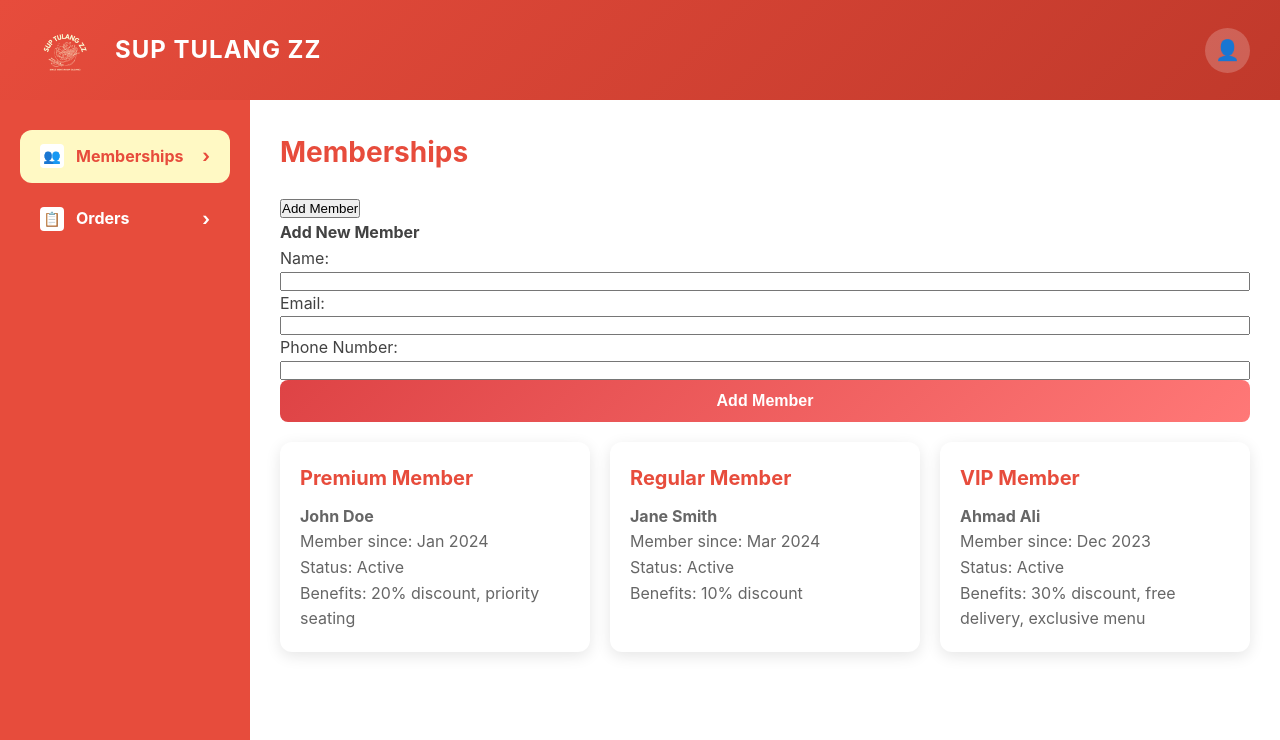
Repository: YIsheng2002/web-frontend
Page: view/Staff/dashboardstaff.html
An editor plug-in stored every save of this project. The page is shown before and after the next save, followed by the edit.
The browser window is 1280 px wide. The pictures show the whole page.

Above is the page before, as saved 2025-06-12 15:39:56.

After the next save:
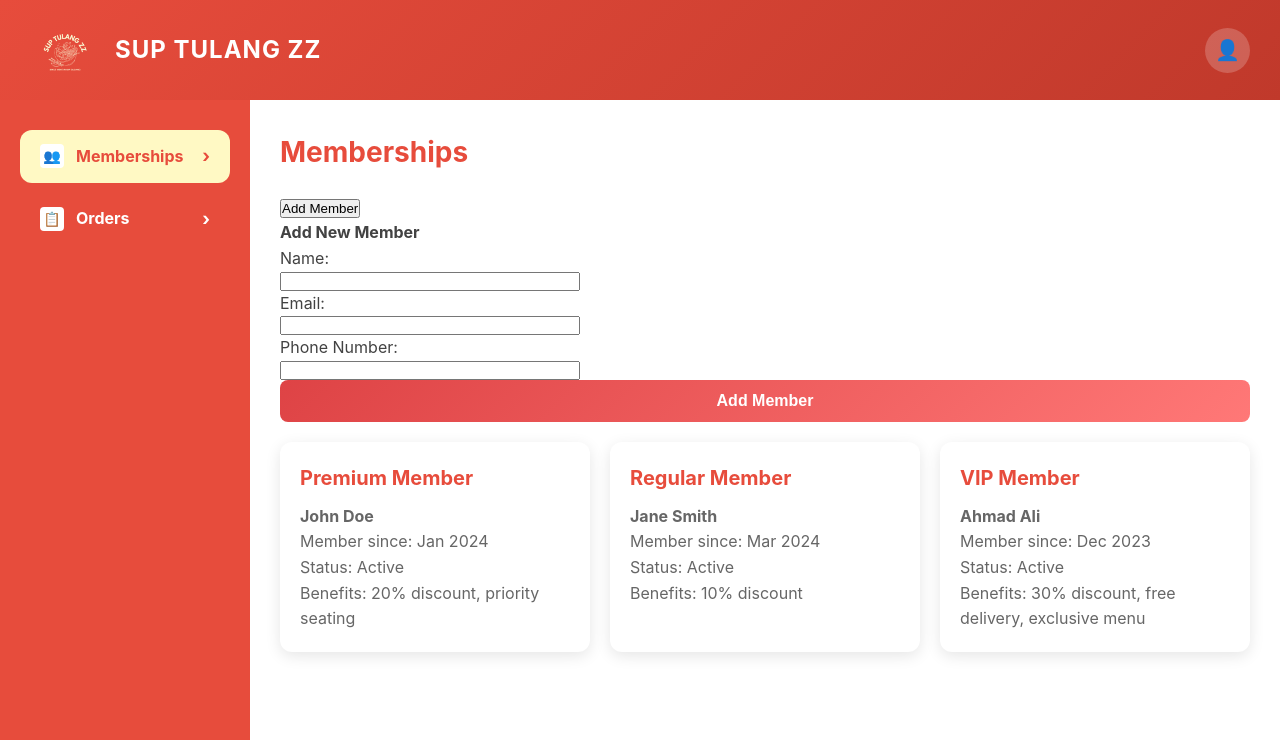
Saved 56 s later.
--- a/view/Staff/assets/css/dashboardStaff.css
+++ b/view/Staff/assets/css/dashboardStaff.css
@@ -268,7 +268,7 @@
     display: flex;
     flex-direction: column;
 }
-.input-medium {
+.input-size {
     width: 300px;
 }
 
